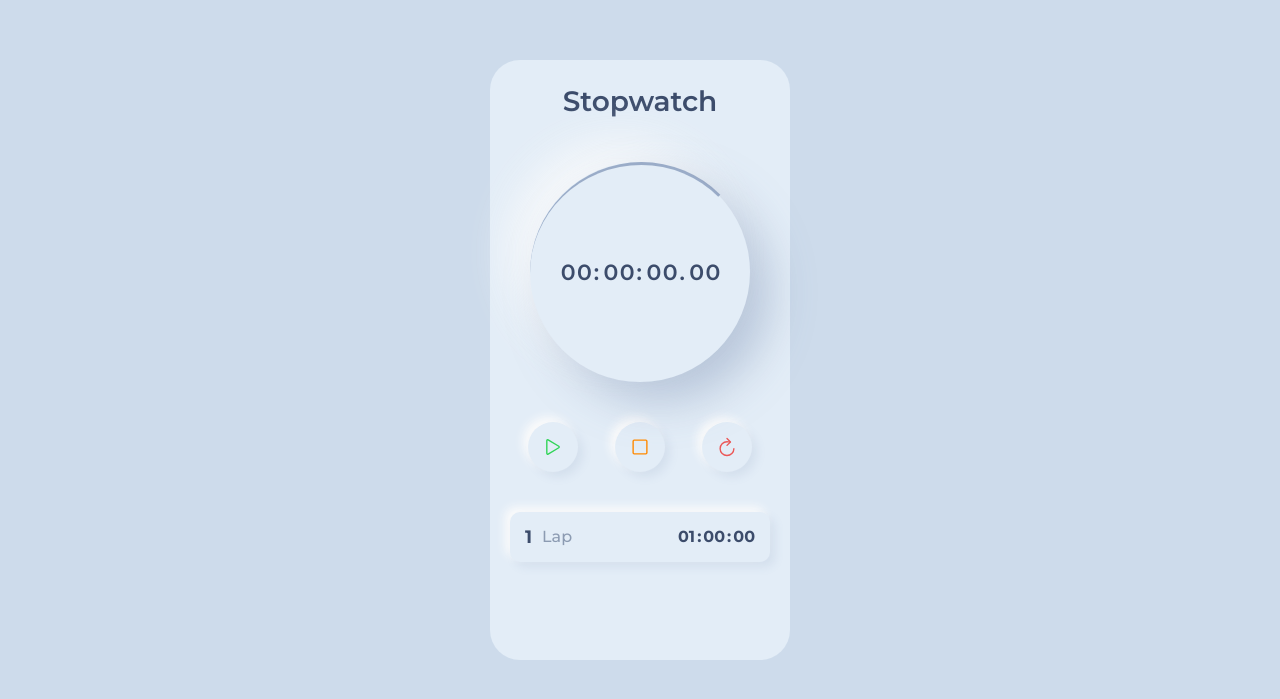
Repository: dinhtri123/stopwatch
Page: index.html
The author's editor kept a copy of each file at every save. The page is drawn from the files as they stood at one save, then again after a run of saves.
The browser window is 1280 px wide. The pictures show the whole page.

Above is the page before, as saved 2023-01-05 09:48:02.

### index.html
<!DOCTYPE html>
<html lang="en">
  <head>
    <meta charset="UTF-8" />
    <meta http-equiv="X-UA-Compatible" content="IE=edge" />
    <meta name="viewport" content="width=device-width, initial-scale=1.0" />
    <script
      type="module"
      src="https://unpkg.com/ionicons@5.5.2/dist/ionicons/ionicons.esm.js"
    ></script>
    <script
      nomodule
      src="https://unpkg.com/ionicons@5.5.2/dist/ionicons/ionicons.js"
    ></script>
    <title>Stop Watch</title>
    <link rel="stylesheet" href="style.css" />
  </head>
  <body>
    <div class="wrapper">
      <h3>Stopwatch</h3>
      <div class="timer">
        <p class="hours">00</p>
        <span>:</span>
        <p class="minutes">00</p>
        <span>:</span>
        <p class="seconds">00</p>
        <span>.</span>
        <p class="milis">00</p>
      </div>
      <div class="btn">
        <button class="btn-start">
          <ion-icon name="play-outline"></ion-icon>
        </button>
        <button class="btn-stop" disabled>
          <ion-icon name="stop-outline"></ion-icon>
        </button>
        <button class="btn-reset">
          <ion-icon name="refresh-outline"></ion-icon>
        </button>
      </div>
      <div class="history">
        <div class="lap">
          <div class="number-lap">
            <p>1</p>
            <span>Lap</span>
          </div>
          <div class="timer-lap">
            <p>01</p>
            <span>:</span>
            <p>00</p>
            <span>:</span>
            <p>00</p>
          </div>
        </div>
      </div>
    </div>
  </body>
  <script src="index.js"></script>
</html>

### style.css
@import url("https://fonts.googleapis.com/css2?family=Montserrat:wght@400;500;600;700&display=swap");
* {
  margin: 0;
  padding: 0;
  box-sizing: border-box;
  font-family: "Montserrat", sans-serif;
}
body {
  width: 100%;
  min-height: 100vh;
  height: 100%;
  font-size: 16px;
  line-height: 1.5;
  font-weight: 400;
  background-color: #cddbeb;
  display: flex;
  justify-content: center;
  align-items: center;
}
.wrapper {
  width: 300px;
  height: 600px;
  border-radius: 30px;
  background: #e3edf7;
  padding: 20px;
  display: flex;
  flex-direction: column;
  justify-content: flex-start;
  align-items: center;
  gap: 40px;
}
h3 {
  font-size: 28px;
  color: #3c4c6b;
  text-align: center;
  font-weight: 600;
}
.timer {
  background-color: #e3edf7;
  width: 220px;
  height: 220px;
  border-radius: 50%;
  display: flex;
  justify-content: center;
  align-items: center;
  gap: 3px;
  box-shadow: 20px 20px 45px #6a80a85d, -20px -20px 45px #fbfbfbd9;
  font-size: 22px;
  font-weight: 600;
  color: #3c4c6b;
  letter-spacing: 1.5px;
  position: relative;
}
.timer > p {
  width: 30px;
}
.timer::before {
  content: "";
  position: absolute;
  inset: 0;
  width: 220px;
  height: 220px;
  border-radius: 50%;
  border-top: 3px solid #6a80a899;
  border-right: 3px solid transparent;
  animation: during 1s linear infinite;
}
@keyframes during {
  to {
    transform: rotate(360deg);
  }
}

.btn {
  width: 100%;
  display: flex;
  justify-content: space-around;
}
button {
  background-color: #e3edf7;
  border: none;
  outline: none;
  border-radius: 50%;
  width: 50px;
  height: 50px;
  font-weight: 700;
  color: #3c4c6b;
  box-shadow: 5px 5px 10px #6a80a81e, -5px -5px 10px #fbfbfb;
  cursor: pointer;
  font-size: 22px;
  display: flex;
  justify-content: center;
  align-items: center;
}
.btn-start {
  color: #30d457;
}
.btn-stop {
  color: #ff8900;
  user-select: none;
  cursor: not-allowed;
}
.btn-reset {
  color: #eb5757;
}

.history {
  width: 100%;
  display: flex;
  flex-direction: column;
  gap: 20px;
}
.lap {
  width: 100%;
  height: 50px;
  background-color: #e3edf7;
  border-radius: 10px;
  box-shadow: 5px 5px 10px #6a80a81e, -5px -5px 10px #fbfbfb;
  display: flex;
  justify-content: space-between;
  align-items: center;
  padding: 10px 15px;
}
.number-lap {
  display: flex;
  align-items: center;
  gap: 10px;
}
.number-lap > p {
  font-size: 18px;
  font-weight: 700;
  color: #3c4c6b;
}
.number-lap > span {
  font-weight: 500;
  color: #8c9bb2;
}
.timer-lap {
  display: flex;
  gap: 2px;
  color: #3c4c6b;
  font-weight: 700;
  letter-spacing: 1.5;
}

### index.js
const btnStart = document.querySelector(".btn-start");
const seconds = document.querySelector(".seconds");
const minutes = document.querySelector(".minutes");
const hours = document.querySelector(".hours");
const miliseconds = document.querySelector(".milis");

btnStart.addEventListener("click", function () {
  let milis = 0;
  let sec = 0;
  let min = 0;
  let hrs = 0;
  let interval = setInterval(() => {
    milis++;
    let timerMilis = milis < 10 ? "0" + milis : milis;
    miliseconds.textContent = timerMilis > 99 ? (milis = "0" + 0) : timerMilis;
    if (timerMilis === 100) {
      sec++;
      let timer = sec < 10 ? "0" + sec : sec;
      seconds.textContent = timer > 59 ? (sec = "0" + 0) : timer;
      if (timer === 60) {
        min++;
        let timerMin = min < 10 ? "0" + min : min;
        if (min === 60) {
          hrs++;
          hours.textContent = hrs < 10 ? "0" + hrs : hrs;
        }
        minutes.textContent = timerMin > 59 ? (min = "0" + 0) : timerMin;
      }
    }
  }, 10);

  // change text btn
  btnStart.textContent = "Pause";
  if (btnStart.textContent === "Pause") {
    clearInterval(interval);

  }
});

After the next 3 saves:
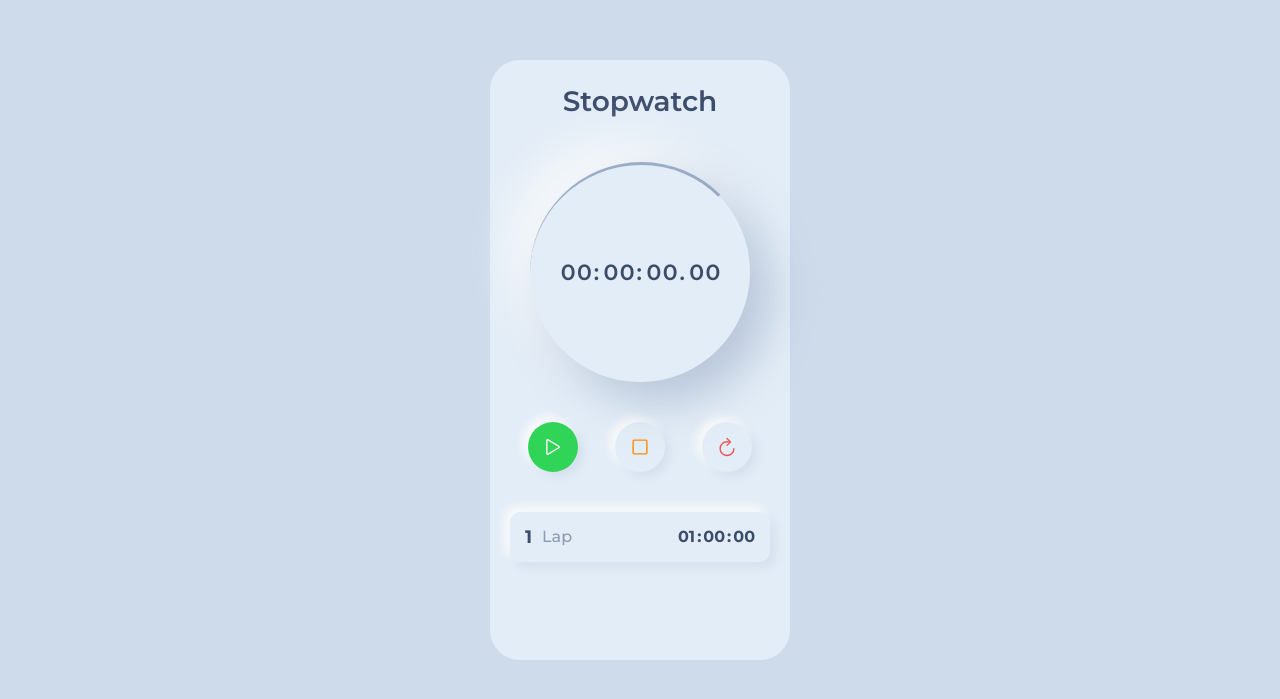
The 3 saves are shown as one change because they came seconds apart.
The last was saved 27 s later.
--- a/style.css
+++ b/style.css
@@ -93,7 +93,8 @@ button {
   align-items: center;
 }
 .btn-start {
-  color: #30d457;
+  background: #30d457;
+  color: white;
 }
 .btn-stop {
   color: #ff8900;
